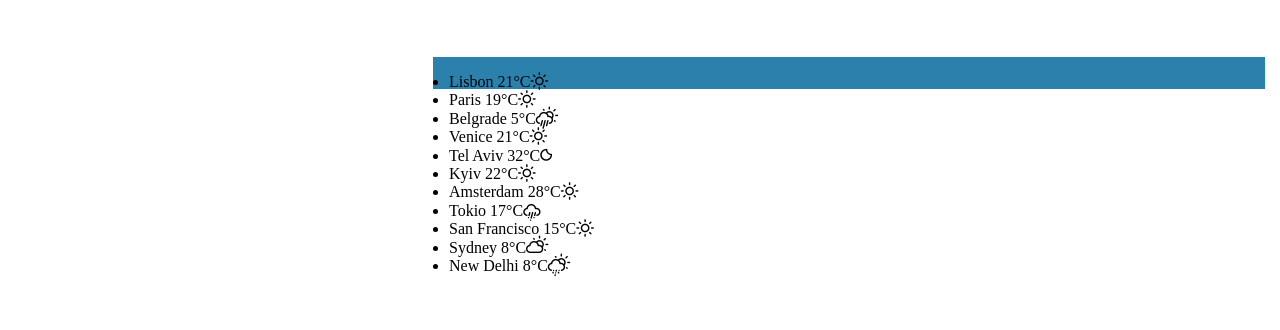
Repository: shpakovskaya/github.io
Page: boxsizing/weatherforecast/index.html
The author's editor kept a copy of each file at every save. The page is drawn from the files as they stood at one save, then again after the next save.
The browser window is 1280 px wide. The pictures show the whole page.

Above is the page before, as saved 2021-11-27 20:27:27.

After the next save:
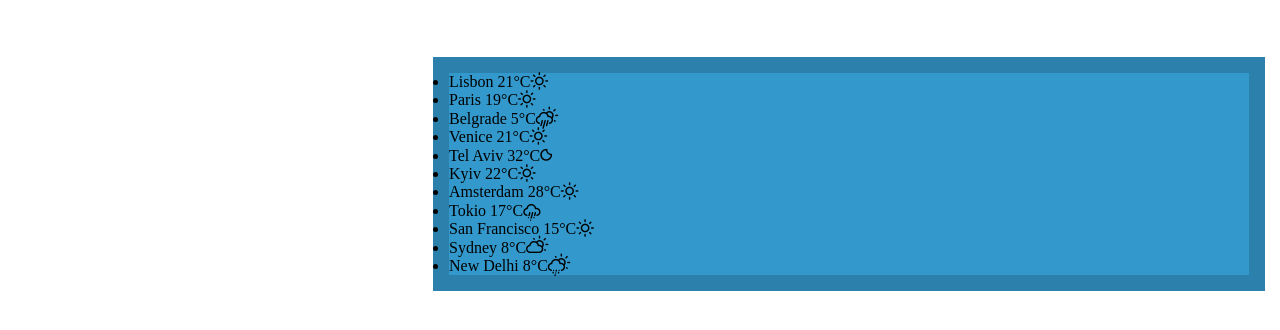
Saved 27 s later.
--- a/boxsizing/weatherforecast/style.css
+++ b/boxsizing/weatherforecast/style.css
@@ -16,11 +16,11 @@
 }
 
 .items__wrapper {
-  position: absolute;
-  /* width: 539px;
+  /* position: absolute;
+  /* /* width: 539px;
   height: 331px;
   /* left: 146px;
   top: 108px; */ */
 
-  border: 3px solid #ffffff;
-}
+  /* border: 3px solid #ffffff; */
+} */ */
